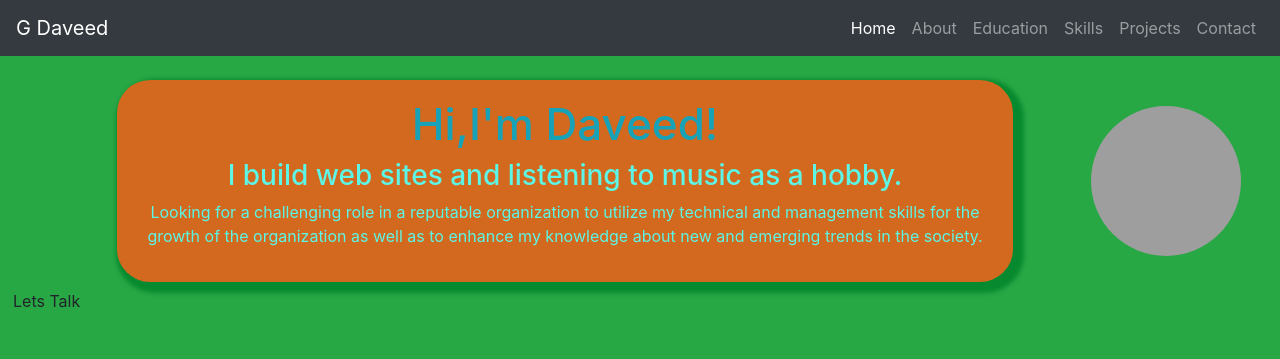
Repository: DaveedGangi/DaveedWebsite
Page: one.html
An editor plug-in stored every save of this project. The page is shown before and after a run of saves, followed by the edit.
The browser window is 1280 px wide. The pictures show the whole page.
Pictures or frames that could not be fetched are drawn as grey boxes.

Above is the page before, as saved 2023-10-23 12:18:57.

### one.html
<html>
    <head>
    <link rel="stylesheet" href="two.css"></link>
    <link rel="stylesheet" href="https://cdn.jsdelivr.net/npm/bootstrap@4.5.3/dist/css/bootstrap.min.css" integrity="sha384-TX8t27EcRE3e/ihU7zmQxVncDAy5uIKz4rEkgIXeMed4M0jlfIDPvg6uqKI2xXr2" crossorigin="anonymous">
    <script src="https://code.jquery.com/jquery-3.5.1.slim.min.js" integrity="sha384-DfXdz2htPH0lsSSs5nCTpuj/zy4C+OGpamoFVy38MVBnE+IbbVYUew+OrCXaRkfj" crossorigin="anonymous"></script>
    <script src="https://cdn.jsdelivr.net/npm/bootstrap@4.5.3/dist/js/bootstrap.bundle.min.js" integrity="sha384-ho+j7jyWK8fNQe+A12Hb8AhRq26LrZ/JpcUGGOn+Y7RsweNrtN/tE3MoK7ZeZDyx" crossorigin="anonymous"></script>

    <link rel="stylesheet" href="https://cdn.jsdelivr.net/npm/bootstrap@4.5.3/dist/css/bootstrap.min.css" integrity="sha384-TX8t27EcRE3e/ihU7zmQxVncDAy5uIKz4rEkgIXeMed4M0jlfIDPvg6uqKI2xXr2" crossorigin="anonymous">
    <script src="https://code.jquery.com/jquery-3.5.1.slim.min.js" integrity="sha384-DfXdz2htPH0lsSSs5nCTpuj/zy4C+OGpamoFVy38MVBnE+IbbVYUew+OrCXaRkfj" crossorigin="anonymous"></script>
<script src="https://cdn.jsdelivr.net/npm/bootstrap@4.5.3/dist/js/bootstrap.bundle.min.js" integrity="sha384-ho+j7jyWK8fNQe+A12Hb8AhRq26LrZ/JpcUGGOn+Y7RsweNrtN/tE3MoK7ZeZDyx" crossorigin="anonymous"></script>
<script src="https://code.jquery.com/jquery-3.5.1.slim.min.js" integrity="sha384-DfXdz2htPH0lsSSs5nCTpuj/zy4C+OGpamoFVy38MVBnE+IbbVYUew+OrCXaRkfj" crossorigin="anonymous"></script>
<script src="https://cdn.jsdelivr.net/npm/popper.js@1.16.1/dist/umd/popper.min.js" integrity="sha384-9/reFTGAW83EW2RDu2S0VKaIzap3H66lZH81PoYlFhbGU+6BZp6G7niu735Sk7lN" crossorigin="anonymous"></script>
<script src="https://cdn.jsdelivr.net/npm/bootstrap@4.5.3/dist/js/bootstrap.min.js" integrity="sha384-w1Q4orYjBQndcko6MimVbzY0tgp4pWB4lZ7lr30WKz0vr/aWKhXdBNmNb5D92v7s" crossorigin="anonymous"></script>

</head>

<body>
<div class="bgcontainer bg-success">
    <nav class="navbar navbar-expand-lg navbar-dark bg-dark">
        <a class="navbar-brand" href="#">G Daveed</a>
        <button class="navbar-toggler" type="button" data-toggle="collapse" data-target="#navbarNavAltMarkup" aria-controls="navbarNavAltMarkup" aria-expanded="false" aria-label="Toggle navigation">
          <span class="navbar-toggler-icon"></span>
        </button>
        <div class="collapse navbar-collapse" id="navbarNavAltMarkup">
          <div class="navbar-nav ml-auto">
            <a class="nav-link active" href="#">Home <span class="sr-only">(current)</span></a>

            <a class="nav-link" href="#">About</a>
            <a class="nav-link" href="#">Education</a>
            <a class="nav-link" href="#">Skills</a>
            <a class="nav-link" href="#">Projects</a>
            <a class="nav-link" href="#">Contact</a>

          </div>
        </div>
      </nav>


      <div class="mystory">
        <div>
          <img class="image1" src="https://i.ibb.co/T4YX7Jh/IMG-20221229-170952.jpg">
        </div>
        <div class="card1">
        <h1 class="hi text-info">Hi,I'm Daveed!</h1>
        <h3 class="paragraph">I build web sites and listening to music as a hobby.</h3>

        <p>Looking for a challenging role in a reputable organization to utilize my technical and management  skills for the growth of the organization as well as to enhance my knowledge about new and emerging trends in  the society. </p>

      </div>
      <div>
        <img class="image2" src="https://i.ibb.co/T4YX7Jh/IMG-20221229-170952.jpg">
      </div>

    </div>

    <div>
    <button class="btn btn-primary>Hire Me</button>
    <button class="btn btn-primary>Lets Talk</button>
    </div>

    </div>

</body>
</html>

### two.css
.bgcontainer {
    height:100vh;
    background-size:cover;

}
.mystory{
    color:rgb(93, 245, 230);
    display: flex;
    flex-direction:column;
    justify-content: center;
    padding-top:24px;
    justify-content:space-around;
    align-items: center;

}
.image1{
    height:150px;
    width:150px;
    border-radius:100px;
    margin:12px;

}
.image2{
    height:150px;
    width:150px;
    border-radius:100px;
    display: none;

}
.card1{

    width:70vw;
    background-color: chocolate;
    border-radius: 33px;
    display: flex;
    padding:18px;
    flex-direction: column;
    text-align: center;
    align-items:center;
    box-shadow:5px 5px 4px 6px rgb(7, 138, 47);
}
.hi{
    font-size:44px;
}
@media (min-width: 768px){
    .mystory{
        display: flex;
        flex-direction: row;
    }
    .image1{
        display:none;
    }
    .image2{
        display: block;
    }

}

After the next 2 saves:
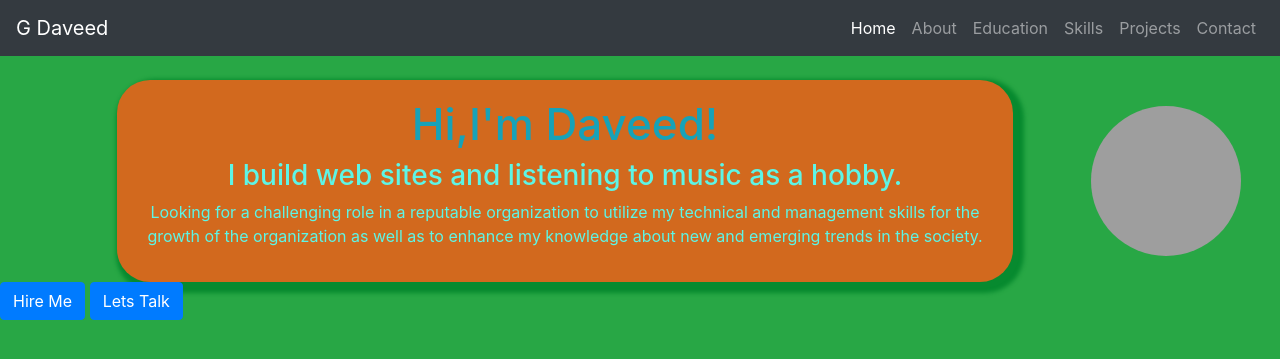
The 2 saves are shown as one change because they came seconds apart.
The last was saved 44 s later.
--- a/one.html
+++ b/one.html
@@ -54,8 +54,8 @@
     </div>
 
     <div>
-    <button class="btn btn-primary>Hire Me</button>
-    <button class="btn btn-primary>Lets Talk</button>
+    <button class="btn btn-primary">Hire Me</button>
+    <button class="btn btn-primary">Lets Talk</button>
     </div>
 
     </div>
